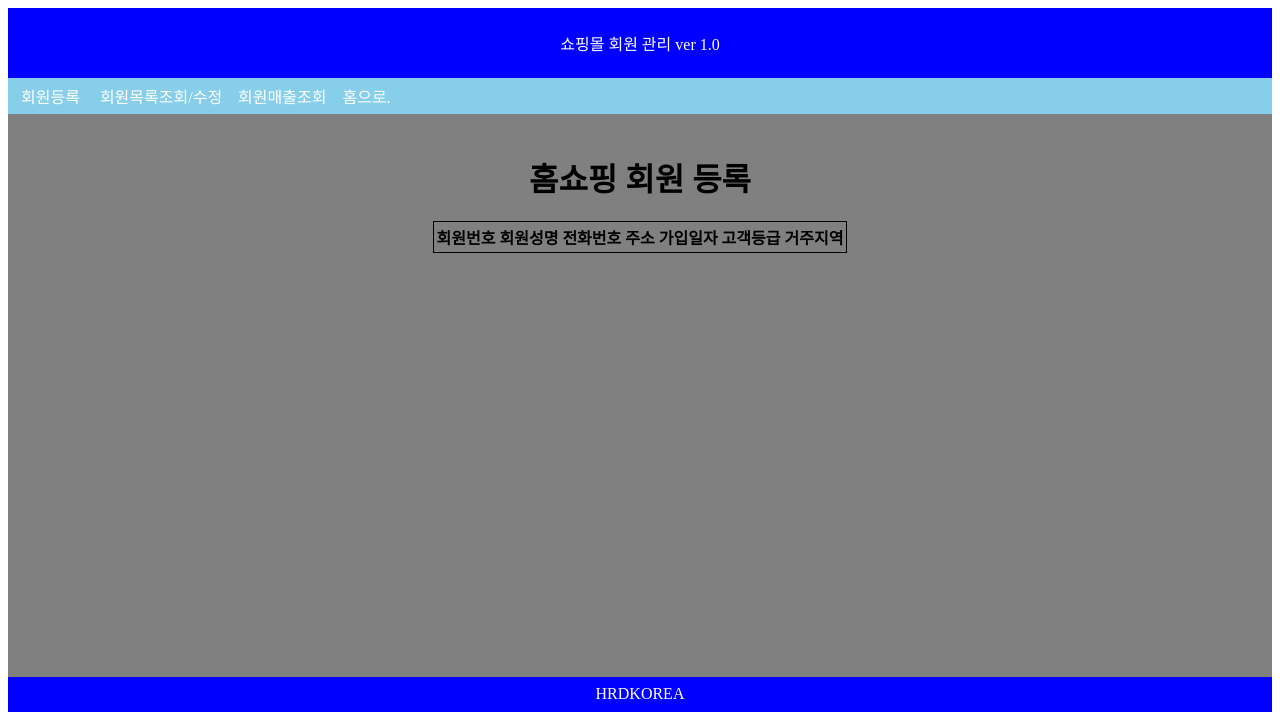
Repository: choigobin/Programming
Page: http://localhost/HRD_1118/SQL_select.jsp
An editor plug-in stored every save of this project. The page is shown before and after the next save, followed by the edit.
The browser window is 1280 px wide. The pictures show the whole page.
The page is served by Tomcat 9. Queries for data that is not in the repository find no rows.

Above is the page before, as saved 2019-11-18 07:06:53.

### YangJung/workspace/HRD_1118/WebContent/SQL_select.jsp
<%@ page language="java" contentType="text/html; charset=UTF-8"
    pageEncoding="UTF-8"%>
<%@ page import="java.sql.*" %>
<html>
<head>
<style>
#tb1{
	height: 100%; width:100%;
	border-collapse: collapse;
	border: solid 0px;
	}
#t1{
	border: solid 0px;
	}
tr,td{
	border: solid black 1px;
	}
#tb2{
	border-collapse: separate;
	border: solid black 1px;
	}
a{
	color: white;
	text-decoration: none;
}
</style>
<meta charset="UTF-8">
<title>Insert title here</title>
</head>
<body>
<table id="tb1">
<jsp:include page="header.jsp"/>
<jsp:include page="nav.jsp"/>
<tr id="t1">
<td id="t1" valign="top" bgcolor="gray">
<br />
<h1 align="center">홈쇼핑 회원 등록</h1>
<table id="tb2" align="center">
<tr>
<th>회원번호</th>
<th>회원성명</th>
<th>전화번호</th>
<th>주소</th>
<th>가입일자</th>
<th>고객등급</th>
<th>거주지역</th>
</tr>
<%
Connection conn = null;
PreparedStatement pstmt = null;
ResultSet rs = null;
request.setCharacterEncoding("utf-8");
Class.forName("oracle.jdbc.OracleDriver");
conn = DriverManager.getConnection("jdbc:oracle:thin:@//localhost:1521/testdb", "scott", "1234");

try{
	String sql = "select * from member_tbl_02";
	pstmt = conn.prepareStatement(sql);
	rs = pstmt.executeQuery();
	while(rs.next()){
		%>
		<tr align="center">
		<td style="text-color:white;"><%=rs.getString(1)%></td>
		<td><%=rs.getString(2)%></td>
		<td><%=rs.getString(3)%></td>
		<td><%=rs.getString(4)%></td>
		<td><%=rs.getString(5)%></td>
		<td><%=rs.getString(6)%></td>
		<td><%=rs.getString(7)%></td>
		</tr>
		<%
	}

}catch(SQLException e){
	System.out.print(e.getMessage());
}finally{
	if(rs!=null) rs.close();
	if(pstmt!=null) pstmt.close();
	if(conn!=null) conn.close();
}
%>
</table>
</td>
</tr>
<jsp:include page="footer.jsp"/>
</table>
</body>
</html>

### YangJung/workspace/HRD_1118/WebContent/header.jsp
<%@ page language="java" contentType="text/html; charset=UTF-8"
    pageEncoding="UTF-8"%>
<tr id="t1" height="10%">
<td id="t1" bgcolor="blue" align="center">
<span style="color: white; font-size:'20px';">쇼핑몰 회원 관리 ver 1.0</span>
</td>
</tr>

### YangJung/workspace/HRD_1118/WebContent/nav.jsp
<%@ page language="java" contentType="text/html; charset=UTF-8"
    pageEncoding="UTF-8"%>
<tr id="t1" height="5%">
<td id="t1" bgcolor="skyblue" align="left">
<span style="color: white;">&nbsp&nbsp
	<a href="insert.jsp">회원등록</a> &nbsp&nbsp&nbsp
	<a href="#">회원목록조회/수정</a>&nbsp&nbsp&nbsp
	<a href="#">회원매출조회</a>&nbsp&nbsp&nbsp
	<a href="index.jsp">홈으로.</a>&nbsp&nbsp&nbsp
</span>
</td>
</tr>

### YangJung/workspace/HRD_1118/WebContent/footer.jsp
<%@ page language="java" contentType="text/html; charset=UTF-8"
    pageEncoding="UTF-8"%>
<tr id="t1" height="5%">
<td id="t1" bgcolor="blue" align="center">
<span style="color: white;">HRDKOREA</span>
</td>
</tr>

After the next save:
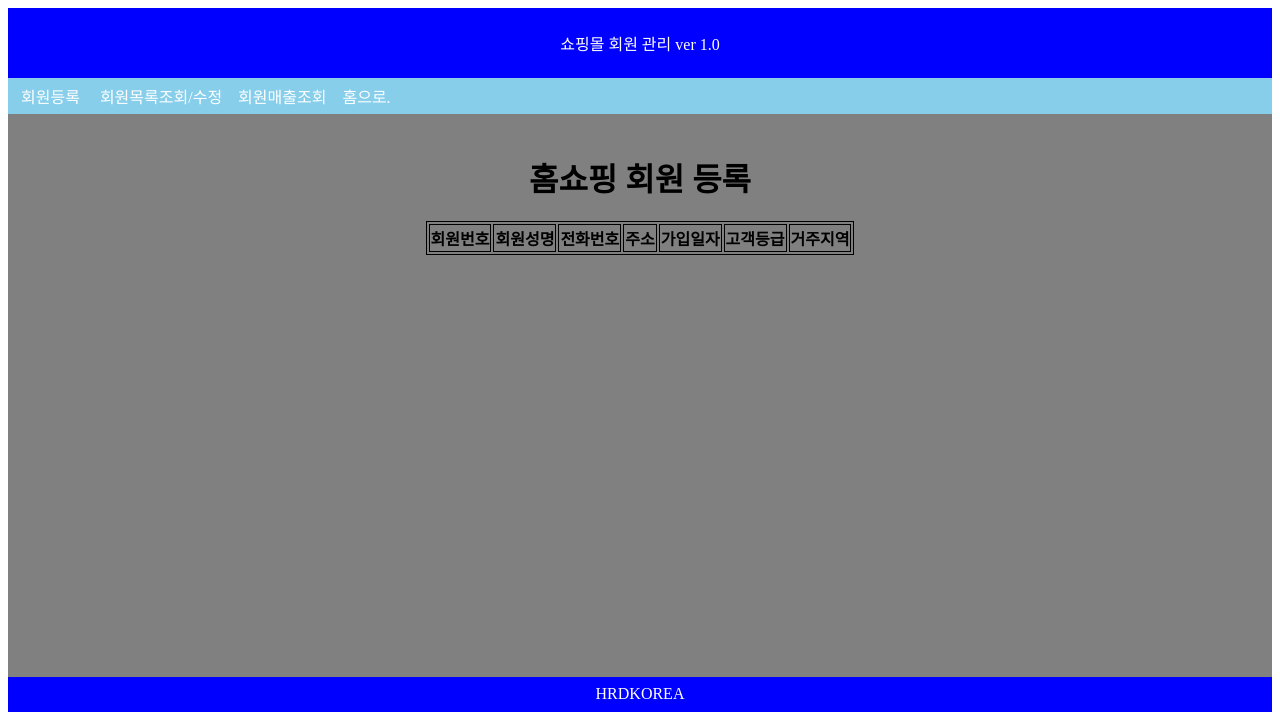
Saved 14 s later.
--- a/YangJung/workspace/HRD_1118/WebContent/SQL_select.jsp
+++ b/YangJung/workspace/HRD_1118/WebContent/SQL_select.jsp
@@ -12,7 +12,7 @@
 #t1{
 	border: solid 0px;
 	}
-tr,td{
+th,tr,td{
 	border: solid black 1px;
 	}
 #tb2{
